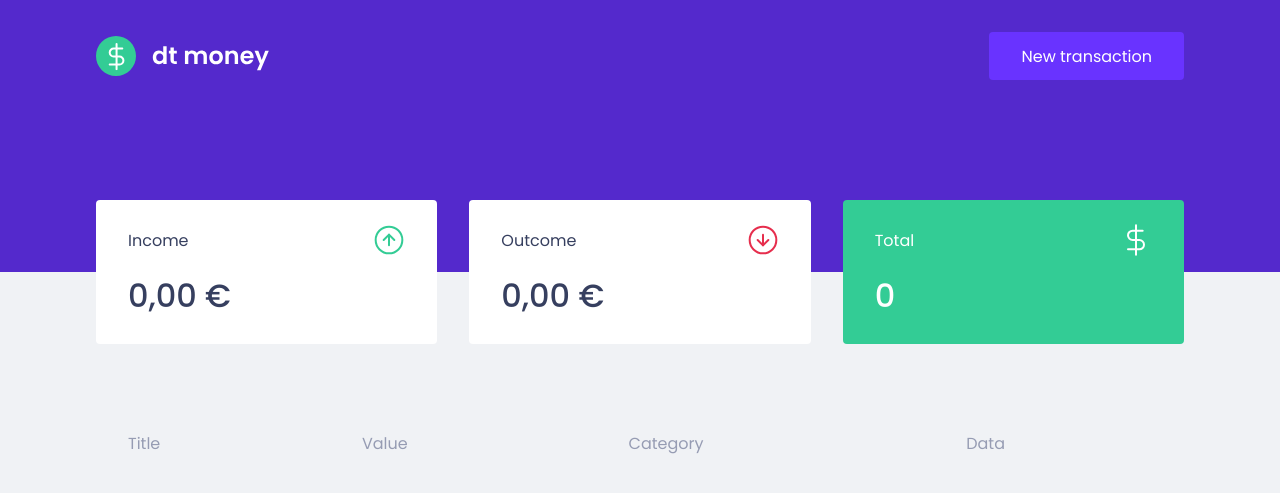
Repository: JoseGu1llardi/dtmoney
Page: /
An editor plug-in stored every save of this project. The page is shown before and after the next save, followed by the edit.
The browser window is 1280 px wide. The pictures show the whole page.
The page's requests for data from a server got no answer. The project was rebuilt for these pictures with package versions that can differ from the ones it lists, and the page was loaded fresh each time. No one was signed in, and anything a server would have sent is missing.

Above is the page before, as saved 2023-01-08 19:59:09.

### public/index.html
<!DOCTYPE html>
<html lang="en">
  <head>
    <link rel="preconnect" href="https://fonts.googleapis.com" />
    <link rel="preconnect" href="https://fonts.gstatic.com" crossorigin />

    <meta charset="utf-8" />
    <meta name="viewport" content="width=device-width, initial-scale=1" />

    <link
      href="https://fonts.googleapis.com/css2?family=Poppins:wght@400;500;600&display=swap"
      rel="stylesheet"
    />

    <link rel="shortcut icon" href="favicon.png" type="image/png" />

    <title>Guillardi Money</title>
  </head>
  <body>
    <noscript>You need to enable JavaScript to run this app.</noscript>
    <div id="root"></div>
  </body>
</html>

### src/index.tsx
import { StrictMode } from 'react';

import { createRoot } from 'react-dom/client';

import { Model, createServer } from 'miragejs';

import { App } from './App';

createServer({
  models: {
    transaction: Model,
  },

  seeds(server) {
    server.db.loadData({
      transactions: [
        {
          id: 1,
          title: "Application development",
          type: "deposit",
          category: "Development",
          amount: 10000,
          createdAt: new Date('2022-12-15 14:00:00'),
        },
        {
          id: 2,
          title: "House rent",
          type: "withdraw",
          category: "Housing/Survival",
          amount: 1500,
          createdAt: new Date('2022-12-05 09:00:00'),
        }
      ]
    })
  },

  routes() {
    this.namespace = 'api';

    this.get('/transactions', () => {
      return this.schema.all('transaction')
    });

    this.post('/transactions', (schema, request) => {
      const data = JSON.parse(request.requestBody);

      return schema.create('transaction', data);
    })
  }
});

const root = createRoot(
  document.getElementById('root') as HTMLElement
);
root.render(
  <StrictMode>
    <App />
  </StrictMode>
);

### src/App.tsx
import { useState } from 'react';

import { Header } from "./components/Header";
import { Dashboard } from "./components/Dashboard";
import { NewTransactionModal } from './components/NewTransactionModal';

import { GlobalStyle } from "./styles/global";

import { TransactionsProvider } from './contexts/TransactionsContext';

export function App() {
  const [isNewTransactionModalOpen, setIsNewTransactionModalOpen] = useState(false);

  function handleOpenNewTransactionModal() {
    setIsNewTransactionModalOpen(true);
  }

  function handleCloseNewTransactionModal() {
    setIsNewTransactionModalOpen(false);
  }

  return (
    <TransactionsProvider>
      <Header onOpenNewTransactionModal={handleOpenNewTransactionModal} />

      <Dashboard />

      <NewTransactionModal
        isOpen={isNewTransactionModalOpen}
        onRequestClose={handleCloseNewTransactionModal}
      />

      <GlobalStyle />
    </TransactionsProvider>
  );
}

### src/components/Header/index.tsx
import logoImg from '../../assets/logo.svg';

import { Container, Content } from './styles';

interface HeaderProps {
    onOpenNewTransactionModal: () => void;
}

export function Header({ onOpenNewTransactionModal }: HeaderProps) {

    return (
        <Container>
            <Content>
                <img src={logoImg} alt="Logo Guillardi Money" />
                <button onClick={onOpenNewTransactionModal}>
                    New transaction
                </button>

            </Content>
        </Container>
    )
}

### src/components/Dashboard/index.tsx
import { Summary } from "../Summary";
import { TransactionTable } from "../TransactionsTable";

import { Container } from "./styles";


export function Dashboard() {
    return (
        <Container>
            <Summary />
            <TransactionTable />
        </Container>
    )
}

### src/components/NewTransactionModal/index.tsx
import { useState, FormEvent, useContext } from 'react';

import { TransactionsContext } from '../../contexts/TransactionsContext';

import Modal from 'react-modal';

import incomeImg from '../../assets/income.svg';
import outcomeImg from '../../assets/outcome.svg';
import closeImg from '../../assets/close.svg';

import { Container, TransactionTypeContainer, RadioBox } from './styles';

Modal.setAppElement('#root');

interface NewTransactionModalProps {
    isOpen: boolean;
    onRequestClose: () => void;
}

export function NewTransactionModal({ isOpen, onRequestClose }: NewTransactionModalProps) {
    const { createTransaction } = useContext(TransactionsContext);

    const [title, setTitle] = useState('');
    const [amount, setAmount] = useState(0);
    const [category, setCategory] = useState('');
    const [type, setType] = useState('deposit');

    async function handleCreateNewTransaction(e: FormEvent) {
        e.preventDefault();

        await createTransaction({
            title,
            amount,
            type,
            category
        });

        setTitle('');
        setAmount(0);
        setType('deposit');
        setCategory('');

        onRequestClose();
    }

    return (
        <Modal
            isOpen={isOpen}
            onRequestClose={onRequestClose}
            overlayClassName='react-modal-overlay'
            className='react-modal-content'
        >
            <button
                type='button'
                className='react-modal-close'
                onClick={onRequestClose}
            >
                <img src={closeImg} alt="Logo close modal" />
            </button>

            <Container onSubmit={handleCreateNewTransaction}>
                <h2>Register transaction</h2>

                <input
                    type='text'
                    placeholder='Title'
                    value={title}
                    onChange={e => setTitle(e.target.value)}
                />

                <input
                    placeholder='Value'
                    value={amount}
                    onChange={e => setAmount(Number(e.target.value))}
                />

                <TransactionTypeContainer>
                    <RadioBox
                        type='button'
                        onClick={() => setType('deposit')}
                        isActive={type === 'deposit'}
                        activeColor='green'
                    >
                        <img src={incomeImg} alt="Entry" />
                        <span>Input</span>
                    </RadioBox>

                    <RadioBox
                        type='button'
                        onClick={() => setType('withdraw')}
                        isActive={type === 'withdraw'}
                        activeColor='red'
                    >
                        <img src={outcomeImg} alt="Entry" />
                        <span>Output</span>
                    </RadioBox>
                </TransactionTypeContainer>

                <input
                    type="text"
                    placeholder='Category'
                    value={category}
                    onChange={e => setCategory(e.target.value)}
                />

                <button type='submit'>
                    Register
                </button>
            </Container>
        </Modal>
    )
}

### src/styles/global.ts
import { createGlobalStyle } from "styled-components";

export const GlobalStyle = createGlobalStyle`
    :root {
        --background: #F0F2F5;
        --red: #e52e4d;
        --blue: #5429cc;
        --green: #33cc95;
        --white: #FFFFFF;

        --blue-light: #6933ff;

        --text-title: #363f5f;
        --text-body: #969cb3;

        --background: #f0f2f5;
        --shape: #ffffff;
    }

    * {
        margin: 0;
        padding: 0;
        box-sizing: border-box;
    }

    html {
        @media (max-width: 1080px) {
            font-size: 93.75%;

        @media (max-width: 720px) {
            font-size: 87.5%;
        }
    }

    }

    body {
        background: var(--background);
        -webkit-font-smoothing: antialiased;
    }

    body, input, textarea, button {
        font-family: 'Poppins', sans-serif;
        font-weight: 400;
    }

    h1, h2, h3, h4, h5, h6, strong {
        font-weight: 600;
    }

    button {
        cursor: pointer;
    }

    [disabled] {
        opacity: 0.6;
        cursor: not-allowed;
    }

    .react-modal-overlay {
        background: rgba(0, 0, 0, .5);

        position: fixed;
        top: 0;
        bottom: 0;
        left: 0;
        right: 0;

        display: flex;
        align-items: center;
        justify-content: center;
    }

    .react-modal-content {
        width: 100%;
        max-width: 576px;
        background: var(--background);
        padding: 3rem;
        position: relative;
        border-radius: .25rem;
    }

    .react-modal-close {
        position: absolute;
        right: 1.5rem;
        top: 1.5rem;
        border: 0;
        background: transparent;

        transition: filter .2s;

        &:hover {
            filter: brightness(.7);
        }
    }
`;

### src/contexts/TransactionsContext.tsx
import { createContext, useState, useEffect, ReactNode } from "react";

import { api } from '../services/api';

interface Transaction {
    id: number;
    title: string;
    amount: number;
    type: string;
    category: string;
    createdAt: string;
}

interface TransactionsContextData {
    transactions: Transaction[];
    createTransaction: (transaction: TransactionInput) => Promise<void>;
}

export const TransactionsContext = createContext<TransactionsContextData>({} as TransactionsContextData);

type TransactionInput = Omit<Transaction, 'id' | 'createdAt'>;

interface TransactionProviderPros {
    children: ReactNode;
}

export function TransactionsProvider({ children }: TransactionProviderPros) {
    const [transactions, setTransactions] = useState<Transaction[]>([]);

    useEffect(() => {
        api.get('transactions')
            .then(res => setTransactions(res.data.transactions));
    }, [transactions]);

    async function createTransaction(transactionInput: TransactionInput) {
        const response = await api.post('/transactions', {
            ...transactionInput,
            createdAt: new Date(),
        });

        const { transaction } = response.data;

        setTransactions([...transactions, transaction]);
    }

    return (
        <TransactionsContext.Provider value={{ transactions, createTransaction }}>
            {children}
        </TransactionsContext.Provider>
    )
}

### src/components/Header/styles.ts
import styled from "styled-components";

export const Container = styled.header`
  background: var(--blue);
`;

export const Content = styled.div`
  max-width: 1120px;
  margin: 0 auto;

  padding: 2rem 1rem 12rem;
  display: flex;
  align-items: center;
  justify-content: space-between;

  button {
    font-size: 1rem;
    color: white;
    background: var(--blue-light);
    border: 0;
    padding: 0 2rem;
    border-radius: 0.25rem;
    height: 3rem;

    transition: filter 0.2s;

    &:hover {
      filter: brightness(0.9);
    }
  }
`;

### src/components/Summary/index.tsx
import { useContext } from 'react';

import { TransactionsContext } from '../../contexts/TransactionsContext';

import { Container } from './styles';

import incomeImg from '../../assets/income.svg';
import outcomeImg from '../../assets/outcome.svg';
import totalImg from '../../assets/total.svg';

export function Summary() {
    const { transactions } = useContext(TransactionsContext);

    const summary = transactions.reduce((acc, transaction) => {
        if (transaction.type === 'deposit') {
            acc.deposits += transaction.amount
            acc.total += transaction.amount
        } else {
            acc.withdraws -= transaction.amount;
            acc.total -= transaction.amount;
        }

        return acc;

    }, {
        deposits: 0,
        withdraws: 0,
        total: 0
    });

    return (
        <Container>
            <div>
                <header>
                    <p>Income</p>
                    <img src={incomeImg} alt="Logo income" />
                </header>
                <strong>{new Intl.NumberFormat('de-DE', {
                    style: 'currency',
                    currency: 'EUR',
                }).format(summary.deposits)}</strong>
            </div>

            <div>
                <header>
                    <p>Outcome</p>
                    <img src={outcomeImg} alt="Logo outcome" />
                </header>
                <strong>{new Intl.NumberFormat('de-DE', {
                    style: 'currency',
                    currency: 'EUR',
                }).format(summary.withdraws)}</strong>
            </div>

            <div className="highlight-background">
                <header>
                    <p>Total</p>
                    <img src={totalImg} alt="Logo total" />
                </header>
                <strong>{summary.total}</strong>
            </div>
        </Container>
    )
}

### src/components/TransactionsTable/index.tsx
import { useContext } from 'react';

import { TransactionsContext } from '../../contexts/TransactionsContext';

import { Container } from './styles';

export function TransactionTable() {
    const { transactions } = useContext(TransactionsContext);

    return (
        <Container>
            <table>
                <thead>
                    <tr>
                        <th>Title</th>
                        <th>Value</th>
                        <th>Category</th>
                        <th>Data</th>
                    </tr>
                </thead>

                <tbody>
                    {
                        transactions.map(transaction => (
                            <tr key={transaction.id}>
                                <td>{transaction.title}</td>
                                <td className={transaction.type}>
                                    {new Intl.NumberFormat('de-DE', {
                                        style: 'currency',
                                        currency: 'EUR'
                                    }).format(transaction.amount)}
                                </td>
                                <td>{transaction.category}</td>
                                <td>
                                    {new Intl.DateTimeFormat('pt-BR').format(new Date(transaction.createdAt))}
                                </td>
                            </tr>
                        ))
                    }
                </tbody>
            </table>
        </Container>
    )
}

### src/components/NewTransactionModal/styles.ts
import styled from "styled-components";

import { darken, transparentize } from "polished";

export const Container = styled.form`
  h2 {
    color: var(--text-title);
    font-size: 1.5rem;
    margin-bottom: 2rem;
  }

  input {
    width: 100%;
    height: 4rem;
    padding: 0 1.5rem;

    background: #e7e9ee;
    border-radius: 0.25rem;
    border: 1px solid #d7d7d7;

    font-weight: 400;
    font-size: 1rem;

    &::placeholder {
      color: var(--text-body);
    }

    & + input {
      margin-top: 1rem;
    }
  }

  button[type="submit"] {
    width: 100%;
    padding: 0 1.5rem;
    height: 4rem;
    background: var(--green);
    color: var(--white);
    border-radius: 0.25rem;
    border: 0;
    font-size: 1rem;
    font-weight: 600;
    margin-top: 1.5rem;

    transition: filter 0.2s;

    &:hover {
      filter: brightness(0.9);
    }
  }
`;

export const TransactionTypeContainer = styled.div`
  margin: 1rem 0;
  display: grid;
  grid-template-columns: repeat(2, 1fr);
  gap: 0.5rem;
`;

interface RadioBoxProps {
  isActive: boolean;
  activeColor: "green" | "red";
}

const colors = {
  green: "#33cc95",
  red: "#e52e4d",
};

export const RadioBox = styled.button<RadioBoxProps>`
  height: 4rem;
  border: 1px solid #d7d7d7;
  border-radius: 0.25rem;

  background: ${(props) =>
    props.isActive
      ? transparentize(0.7, colors[props.activeColor])
      : "transparent"};

  display: flex;
  align-items: center;
  justify-content: center;

  transition: border-color 0.2s;

  &:hover {
    border-color: ${darken(0.1, "#D7D7D7")};
  }

  img {
    width: 20px;
    height: 20px;
  }

  span {
    display: inline-block;
    margin-left: 1rem;
    font-size: 1rem;
    color: var(--text-title);
    font-weight: 500;
  }
`;

### src/components/Summary/styles.ts
import styled from "styled-components";

export const Container = styled.div`
  display: grid;
  grid-template-columns: repeat(3, 1fr);
  gap: 2rem;
  margin-top: -7rem;

  div {
    background: var(--shape);
    padding: 1.5rem 2rem;
    border-radius: 0.25rem;
    color: var(--text-title);

    header {
      display: flex;
      align-items: center;
      justify-content: space-between;
    }

    strong {
      display: block;
      margin-top: 1rem;
      font-size: 2rem;
      font-weight: 500;
    }

    &.highlight-background {
      background: var(--green);
      color: white;
    }
  }
`;

Loaded but not shown: src/components/Dashboard/styles.ts (common file); src/services/api.ts (common file); src/components/TransactionsTable/styles.ts (common file)

After the next save:
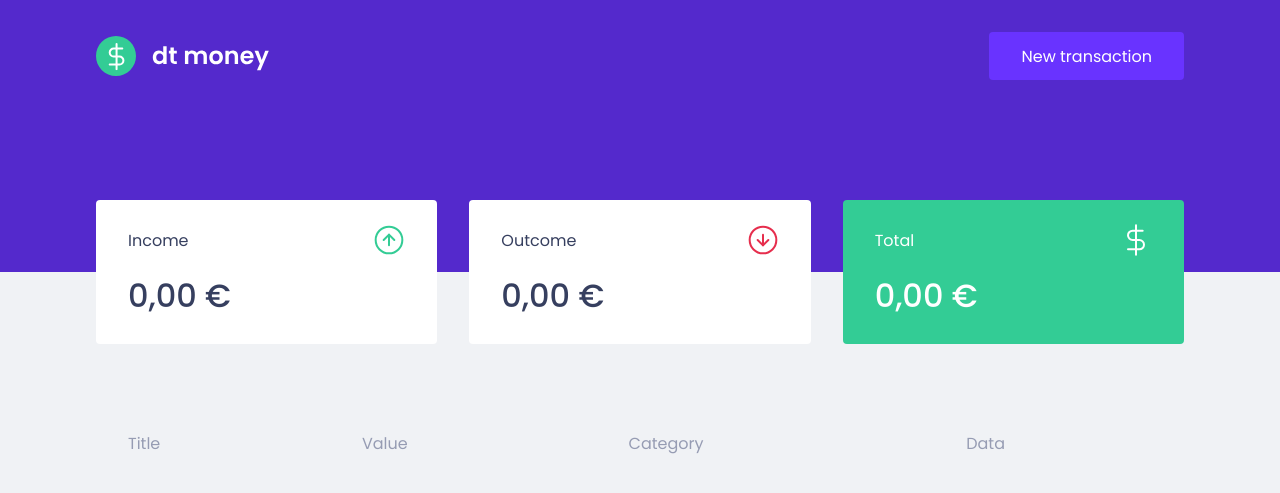
Saved 115 s later.
--- a/src/components/Summary/index.tsx
+++ b/src/components/Summary/index.tsx
@@ -57,7 +57,10 @@ export function Summary() {
                     <p>Total</p>
                     <img src={totalImg} alt="Logo total" />
                 </header>
-                <strong>{summary.total}</strong>
+                <strong>{new Intl.NumberFormat('de-DE', {
+                    style: 'currency',
+                    currency: 'EUR',
+                }).format(summary.total)}</strong>
             </div>
         </Container>
     )
